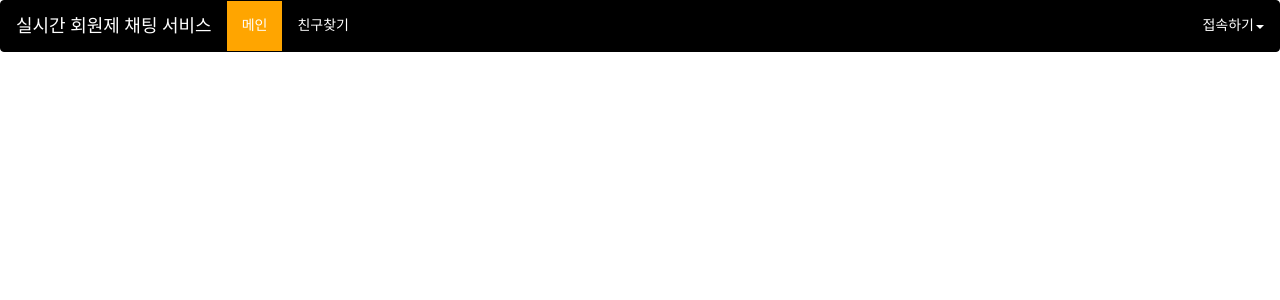
Repository: kkoseunghyun/javaAjaxChat
Page: http://localhost/UserChat/update.jsp
These files come from the project's save history. The page is drawn as it stood at one moment and after the next save; the edit follows.
The browser window is 1280 px wide. The pictures show the whole page.
Some web fonts or font styles are not loaded; a fallback is used. Some web libraries are served in a nearby version. The page is served by Tomcat 9. Other server files are loaded and not shown.

Above is the page before, as saved 2019-05-15 08:17:46.

### JspAjax/UserChat/WebContent/update.jsp
<%@ page language="java" contentType="text/html; charset=UTF-8" pageEncoding="UTF-8"%>
<!DOCTYPE html>
<html>
<head>
	<meta charset="UTF-8">
	<meta name="viewport" content="width=device-width, initial-scale=1">
	<link rel="stylesheet" type="text/css" href="css/bootstrap.css">
	<link rel="stylesheet" type="text/css" href="css/custom.css">
	<link rel="stylesheet" type="text/css" href="css/my.css">
	<title>JSP Ajax 실시간 회원제 채팅 서비스</title>
	<script src="https://code.jquery.com/jquery-3.1.1.min.js"></script>
	<script src="js/bootstrap.js"></script>
</head>
<body>
	<%
		String userID = null;
		if(session.getAttribute("userID") != null){
			userID = (String) session.getAttribute("userID");
		}
	%>
	<nav class="navbar navbar-default">
		<div class="navbar-header">
			<button type="button" class="navbar-toggle collapsed"
				data-toggle="collapse" data-target="#bs-example-navbar-collapse-1"
				aria-expanded="false">
				<span class="icon-bar"></span>
				<span class="icon-bar"></span>
				<span class="icon-bar"></span>
			</button>
			<a class="navbar-brand" href="main.jsp">실시간 회원제 채팅 서비스</a>
		</div>
		<div class="collapse navbar-collapse" id="bs-example-navbar-collapse-1">
			<ul class="nav navbar-nav">
				<li class="active"><a href="main.jsp">메인</a></li>
				<li><a href="find.jsp">친구찾기</a></li>
			</ul>
			<%
				if(userID == null){ // 로그인이 안된사람들에 한해 보여지는 네비게이션 바
			%>
			<ul class="nav navbar-nav navbar-right">
				<li class="dropdown">
					<a href="#" class="dropdown-toggle"
						data-toggle="dropdown" role="button" aria-haspopup="true"
						aria-expanded="false">접속하기<span class="caret"></span></a>
					<ul class="dropdown-menu">
						<li class="active"><a href="login.jsp">로그인</a></li>
						<li><a href="join.jsp">회원가입</a></li>
					</ul>
				</li>
			</ul>
			<%
				} else {
			%>
			<ul class="nav navbar-nav navbar-right">
				<li class="dropdown">
					<a href="#" class="dropdown-toggle"
						data-toggle="dropdown" role="button" aria-haspopup="true"
						aria-expanded="false">회원관리<span class="caret"></span></a>
					<ul class="dropdown-menu">
						<li><a href="logoutAction.jsp">로그아웃</a></li>
					</ul>
				</li>
			</ul>
			<%
				}
			%>
		</div>
	</nav>

	<%
		/*
			ex)
			UserRegisterServlet.java, UserLoginServlet에서 session.setAttribute로 정의한
			messageContent,messageType 을 session.getAttribute를 통해 가져와서, 색깔셋팅 등 messageModal 설정부분
		*/
		String messageContent = null;
		if (session.getAttribute("messageContent") != null) {
			messageContent = (String) session.getAttribute("messageContent");
		}
		String messageType = null;
		if (session.getAttribute("messageType") != null) {
			messageType = (String) session.getAttribute("messageType");
		}
		if (messageContent != null) {
	%>
	<!--  messageModal -->
	<div class="modal fade" id="messageModal" tabindex="-1" role="dialog" aria-hidden="true">
		<div class="vertical-alignment-helper">
			<div class="modal-dialog vertical-align-center">
				<div class="modal-content <% if(messageType.equals("오류 메세지")) out.println("panel-warning"); else out.println("panel-success");%> ">
					<div class="modal-header panel-heading">
						<button type="button" class="close" data-dismiss="modal">
							<span aria-hidden="true">&times</span>		<!-- x버튼 -->
							<span class="sr-only">Close</span>
						</button>
						<h4 class="modal-title">
							<%= messageType %>
						</h4>
					</div>
					<div class="modal-body">
						<%= messageContent %>
					</div>
					<div class="modal-footer">
						<button type="button" class="btn btn-primary" data-dismiss="modal">확인</button>
					</div>
				</div>
			</div>
		</div>
	</div>
	<script>
		$('#messageModal').modal("show");
	</script>
	<%
		session.removeAttribute("messageContent");
		session.removeAttribute("messageType");
		}
	%>
</body>
</html>

### JspAjax/UserChat/WebContent/css/custom.css
@import url(http://fonts.googleapis.com/earlyaccess/nanumgothic.css);
@import url(http://fonts.googleapis.com/earlyaccess/hanna.css);
@import url(http://fonts.googleapis.com/earlyaccess/notosanskr.css);
* {
	font-family: 'Nanum Gothic';
}
h5 {
	font-family: 'Noto Sans KR';
	font-size: 15px;
}
h4 {
	font-family: 'Noto Sans KR';
}
h3 {
	font-family: 'Hanna';
}
h2 {
	font-family: 'Hanna';
}
h1 {
	font-family: 'Hanna';
}

/* 테이블 관련 디자인 처리 */
thead th {
	background-color: #2d1f1f;
	color: white;
	text-align: center;
}
tr td:first-child,
tr th:first-child {
	border-top-left-radius: 6px;
	border-bottom-left-radius: 6px;
}
tr td:last-child,
tr th:last-child {
	border-top-right-radius: 6px;
	border-bottom-right-radius: 6px;
}

/* 모달 팝업창 관련 디자인 처리 */
.vertical-alignment-helper {
	display: table;
	height: 100%;
	width: 100%;
	pointer-events: none;
}
.vertical-alignment-center {
	display: table-cell;
	vertical-align: middle;
	pointer-events: none;
}
.modal-content {
	width: inherit;
	height: inherit;
	margin: 0 auto;
	pointer-events: all;
}

/* 채팅창 디자인 처리 */
.portlet {
    margin-bottom: 15px;
}
.btn-white {
    border-color: #cccccc;
    color: #333333;
    background-color: #ffffff;
}
.portlet {
    border: 1px solid;
}
.portlet .portlet-heading {
    padding: 0 15px;
}
.portlet .portlet-heading h4 {
    padding: 1px 0;
    font-size: 16px;
}
.portlet .portlet-heading a {
    color: #fff;
}
.portlet .portlet-heading a:hover,
.portlet .portlet-heading a:active,
.portlet .portlet-heading a:focus {
    outline: none;
}
.portlet .portlet-widgets .dropdown-menu a {
    color: #333;
}
.portlet .portlet-widgets ul.dropdown-menu {
    min-width: 0;
}
.portlet .portlet-heading .portlet-title {
    float: left;
}
.portlet .portlet-heading .portlet-title h4 {
    margin: 10px 0;
}
.portlet .portlet-heading .portlet-widgets {
    float: right;
    margin: 8px 0;
}
.portlet .portlet-heading .portlet-widgets .tabbed-portlets {
    display: inline;
}
.portlet .portlet-heading .portlet-widgets .divider {
    margin: 0 5px;
}
.portlet .portlet-body {
    padding: 15px;
    background: #fff;
}
.portlet .portlet-footer {
    padding: 10px 15px;
    background: #e0e7e8;
}
.portlet .portlet-footer ul {
    margin: 0;
}
.portlet-green,
.portlet-green>.portlet-heading {
    border-color: #16a085;
}
.portlet-green>.portlet-heading {
    color: #fff;
    background-color: #16a085;
}
.portlet-orange,
.portlet-orange>.portlet-heading {
    border-color: #f39c12;
}
.portlet-orange>.portlet-heading {
    color: #fff;
    background-color: #f39c12;
}
.portlet-blue,
.portlet-blue>.portlet-heading {
    border-color: #2980b9;
}
.portlet-blue>.portlet-heading {
    color: #fff;
    background-color: #2980b9;
}
.portlet-red,
.portlet-red>.portlet-heading {
    border-color: #e74c3c;
}
.portlet-red>.portlet-heading {
    color: #fff;
    background-color: #e74c3c;
}
.portlet-purple,
.portlet-purple>.portlet-heading {
    border-color: #8e44ad;
}
.portlet-purple>.portlet-heading {
    color: #fff;
    background-color: #8e44ad;
}
.portlet-default,
.portlet-dark-blue,
.portlet-default>.portlet-heading,
.portlet-dark-blue>.portlet-heading {
    border-color: #34495e;
}
.portlet-default>.portlet-heading,
.portlet-dark-blue>.portlet-heading {
    color: #fff;
    background-color: #34495e;
}
.portlet-basic,
.portlet-basic>.portlet-heading {
    border-color: #333;
}
.portlet-basic>.portlet-heading {
    border-bottom: 1px solid #333;
    color: #333;
    background-color: #fff;
}
@media(min-width:768px) { /* 반응형 */
    .portlet {
        margin-bottom: 30px;
    }
}
.img-chat{
width:40px;
height:40px;
}
.text-green {
    color: #16a085;
}
.text-orange {
    color: #f39c12;
}
.text-red {
    color: #e74c3c;
}

### JspAjax/UserChat/WebContent/css/my.css
@import url(http://font.googleapis.com/earlyaccess/nanumgothic.css);
/* 전체 영역 지정 */
* {
    font-family: 'Nanum Gothic';
}
a {
    color: #000000;
    text-decoration: none;
}
a:hover{
    color: #bbbbbb;
    text-decoration:none;
    cursor: pointer;
}

/* 네비게이션 영역 */
.navbar-default{    /* 배경 색상*/
    background-color: #000000;
    border-color: #000000;
}
.navbar-default .navbar-brand{ /* 내비게이션 제목 생상 */
    color: #ffffff;
}
.navbar-default .navbar-brand:hover,
.navbar-default .navbar-brand:focus{ /*내비게이션 제목에 마우스를 올렸을 때 */
    background-color: transparent;
    color: #bbbbbb;
}
.navbar-default .navbar-nav > .active > a,
.navbar-default .navbar-nav > .active > a:hover,
.navbar-default .navbar-nav > .active > a:focus{/* 현재 선택된 내비게이션 색상 이벤트 */
    color: white;
    background-color: orange;
}
.navbar-default .navbar-nav > li > a:hover,
.navbar-default .navbar-nav > li > a:focus { /*내비게이션의 글자에 마우스를 올렸을 때 */
    color: #bbbbbb;
}
.navbar-default .navbar-nav > .open > a,
.navbar-default .navbar-nav > .open > a:hover,
.navbar-default .navbar-nav > .open > a:focus{ /* .open 드랍다운이 열렸을 때 마우스 색상 이벤트  */
    color: black;
    background-color: #ffffff;
    text-decoration: none;
}
.navbar-default .navbar-nav > li > a { /*내비게이션 기본 글자 색상 */
    color: white;
}
/* 미디어 쿼리 */
@media (max-width: 767px) { /* (해상도가 작아졌을때) 드랍다운 아이템에 마우스를 올렸을 때 */
    .navbar-default .navbar-nav .open .dropdown-menu > li > a {
        color: #ffffff;
    }
    .navbar-default .navbar-nav .open .dropdown-menu > li > a:hover,
    .navbar-default .navbar-nav .open .dropdown-menu > li > a:focus {
        color: #bbbbbb;
    }
}

Loaded but not shown: JspAjax/UserChat/WebContent/css/bootstrap.css (library); JspAjax/UserChat/WebContent/js/bootstrap.js (library)

After the next save:
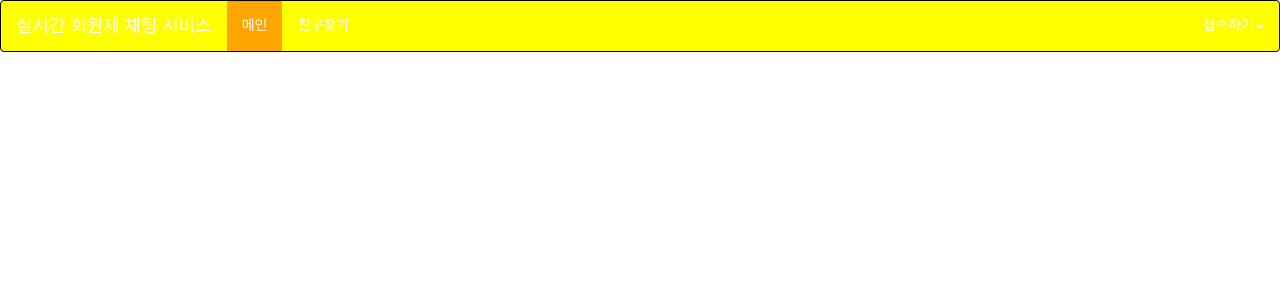
Saved 13 s later.
--- a/JspAjax/UserChat/WebContent/css/my.css
+++ b/JspAjax/UserChat/WebContent/css/my.css
@@ -15,7 +15,7 @@
 
 /* 네비게이션 영역 */
 .navbar-default{    /* 배경 색상*/
-    background-color: #000000;
+    background-color: yellow;
     border-color: #000000;
 }
 .navbar-default .navbar-brand{ /* 내비게이션 제목 생상 */

After the save that followed:
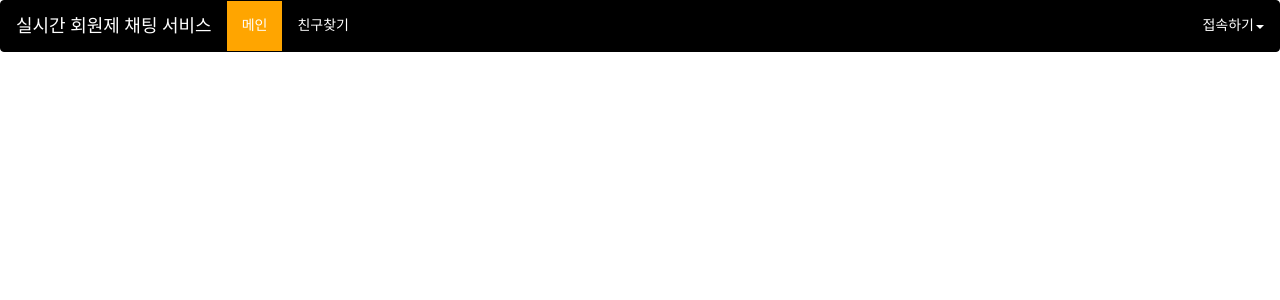
Saved 6 s later.
--- a/JspAjax/UserChat/WebContent/css/my.css
+++ b/JspAjax/UserChat/WebContent/css/my.css
@@ -15,7 +15,7 @@
 
 /* 네비게이션 영역 */
 .navbar-default{    /* 배경 색상*/
-    background-color: yellow;
+    background-color: #000000;
     border-color: #000000;
 }
 .navbar-default .navbar-brand{ /* 내비게이션 제목 생상 */
